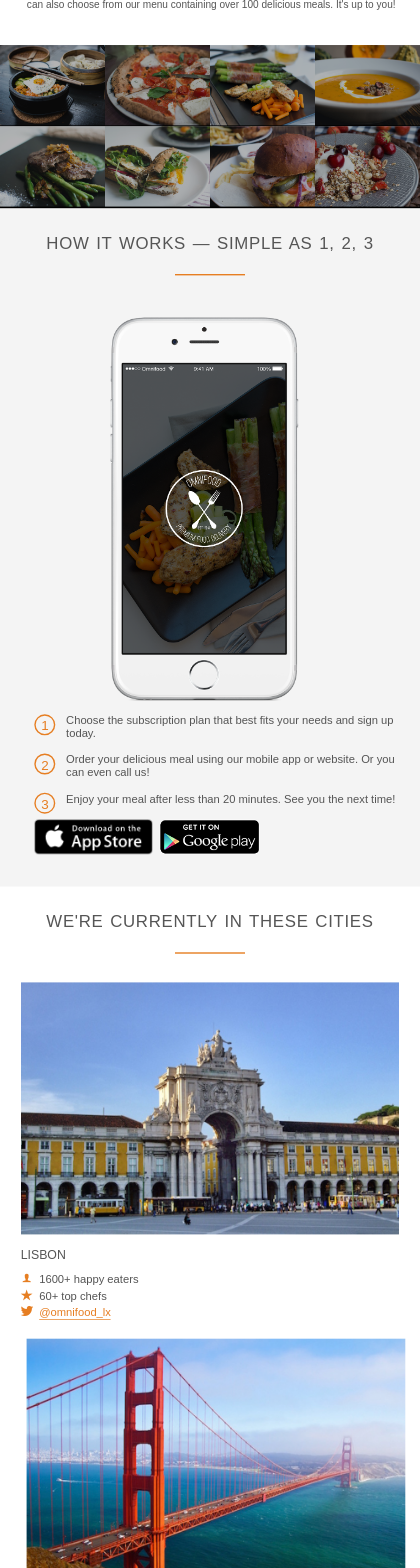
Repository: pboi18/E-Foods
Page: index.html
These files come from the project's save history. The page is drawn as it stood at one moment and after the next save; the edit follows.
The browser window is 600 px wide. The pictures show the part of the page from y = 1738 to 3978 px (the page is 8111 px tall), at 70% of full size.
Backgrounds fixed to the window are drawn as part of the page.

Above is the page before, as saved 2020-07-25 10:57:38.

After the next save:
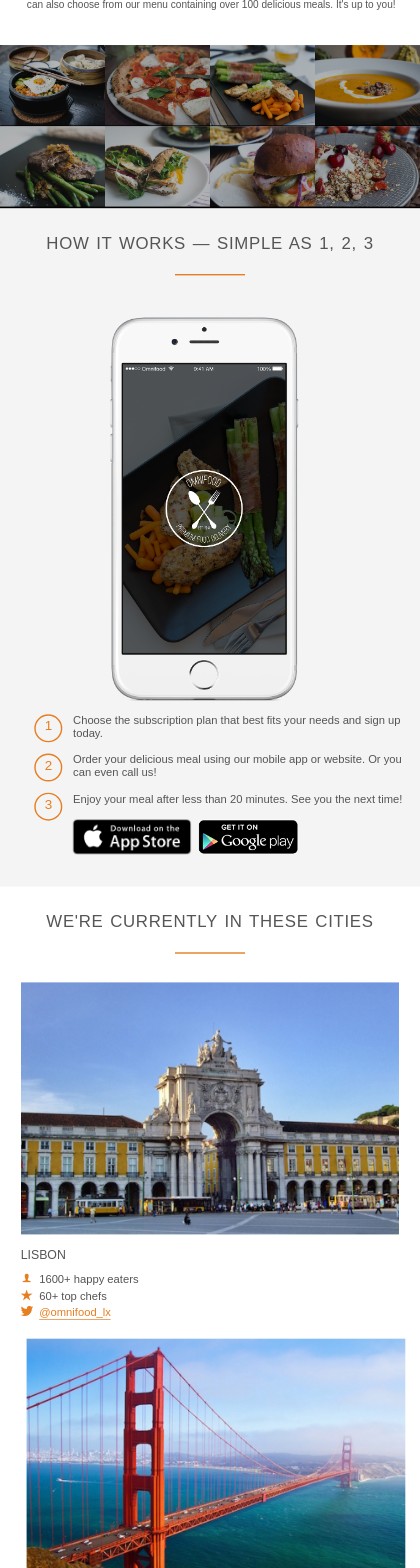
Saved 14 s later.
--- a/resources/css/quaries.css
+++ b/resources/css/quaries.css
@@ -106,8 +106,8 @@
     .works-step { margin-bottom: 20px;}
     .works-step:last-of-type { margin-bottom: 20px;}
     .works-step div {
-        height: 30px;
-        width: 30px;
+        height: 40px;
+        width: 40px;
         margin-right: 15px;
         padding: 4px;
         font-size: 120%;
